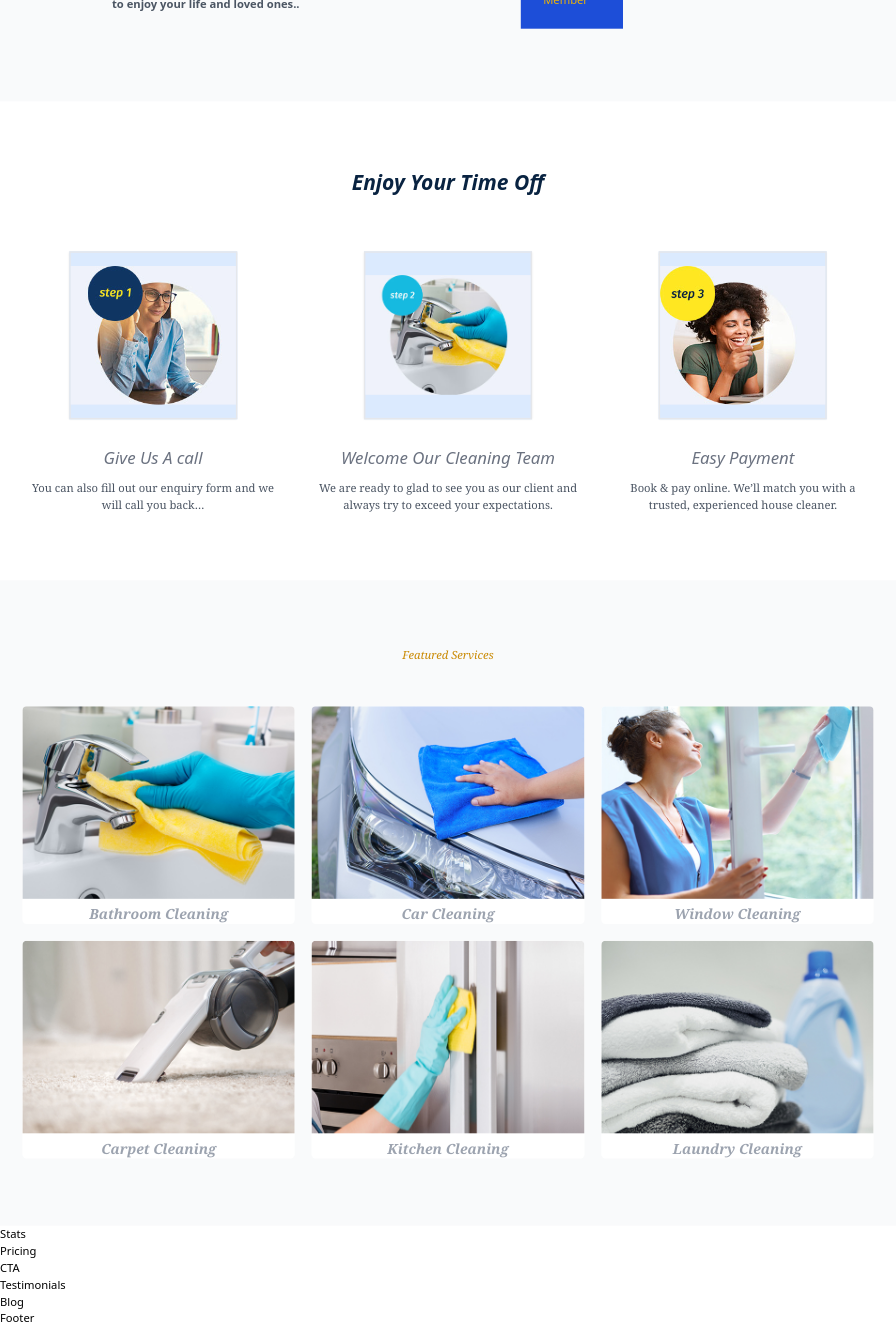
Repository: remydev47/cleonara
Page: /
These files come from the project's save history. The page is drawn as it stood at one moment and after the next save; the edit follows.
The browser window is 1280 px wide. The pictures show the part of the page from y = 1970 to 3890 px (the page is 3865 px tall before and 3890 px after), at 70% of full size.
The project was rebuilt for these pictures with package versions that can differ from the ones it lists, and the page was loaded fresh each time. The framework's server and built-in components were replaced by stand-ins that run in the browser. Also part of the build but not shown: next.config.js.

Above is the page before, as saved 2022-11-01 13:27:51.

### pages/_app.tsx
import '../styles/globals.css'
import type { AppProps } from 'next/app'
import Header from '../components/Header'

function MyApp({ Component, pageProps }: AppProps) {
  return(
    <>
      <Header />
      <Component {...pageProps} />
    </>

  )
}

export default MyApp

### pages/index.tsx
import type { NextPage } from 'next'
import Head from 'next/head'
import Image from 'next/image'
import { AboutUs, CTA, Hero, Offers, Pricing, Services, Blog, Stats, Steps, Testimonials, Footer } from '../components'

const Home: NextPage = () => {
  return (
    <div className="">
      <Head>
        <title>CLEONARA</title>
        <link rel="icon" href="/favicon.ico" />
      </Head>
      <Hero/>
      <Offers />
      <AboutUs />
      <Steps />
      <Services />
      <Stats />
      <Pricing />
      <CTA />
      <Testimonials />
      <Blog />
      <Footer />
    </div>
  )
}

export default Home

### components/Header.tsx
import React from 'react';
import { navLinks } from '../constants';
import Menupopover from './Menupopover';
import Image from 'next/image';
import Logo from './Logo';
import { Button } from './Button';

const Header = () => {
  return (
    <header className="fixed inset-x-0 bg-[#092341] z-20 flex justify-between items-center py-2 px-2 shadow-lg dark:bg-slate-900 sm:py-3 sm:px-8">
            <div className='flex grow-0 basis-1/3 md:hidden'>
                <Menupopover />
            </div>

             <div className='flex grow-0 ml-2 justify-center md:justify-start'>
                <Logo />

            </div>


            <ul className="list-none sm:flex hidden justify-center items-center flex-1">
            {navLinks.map((nav, index) => (
                <li
                key={nav.id}
                className={`font-bold cursor-pointer text-[16px] hover:text-blue-400
                   ${index === navLinks.length - 1 ? 'mr-0' : 'mr-10'}
                  text-white `}
                >
                    <a>{nav.title}</a>
                </li>
            ))}
           </ul>

          <div className='sm:flex hidden'>
            <Button variant='solid'>
              GET A QUOTE!
            </Button>
          </div>

        </header>
  )
}

export default Header

### components/index.ts
import Hero from "./Hero";
import Offers from "./Offers";
import AboutUs from "./AboutUs";
import Steps from "./Steps";
import Services from "./Services";
import Stats from "./Stats";
import Pricing from "./Pricing";
import CTA from "./CTA";
import Testimonials from "./Testimonials";
import Blog from "./Blog";
import Footer from "./Footer";

export {
    Hero, Offers, AboutUs, Steps, Services, Stats, Pricing, CTA, Testimonials, Blog, Footer
}

### constants/index.ts
export const navLinks=[
    {
        id:"home",
        title:"Home",
    },
    {
        id:"services",
        title:"Services",
    },
    {
        id:"AboutUs",
        title:"AboutUs",
    },
    {
        id:"pricing",
        title:"Pricing",
    },
    {
        id:"blog",
        title:"Blog",
    },
    {
        id:"reviews",
        title:"Reviews",
    },
    {
        id:"contacts",
        title:"Contacts",
    },
]

### components/Menupopover.tsx
import React, {useState, Fragment} from 'react';
import { navLinks } from '../constants';
import { IconButton, Button } from './Button';
import { Transition, Dialog } from '@headlessui/react';
import Logo from './Logo';
import Image from 'next/image';

const Menupopover = () => {
  const [isOpen, setIsOpen] = useState(false)

  return (
    <div>
    <IconButton
      variant='ghost'
      aria-label='menu'
      onClick={() => setIsOpen(!isOpen)}
    >
      <svg className='h-6 w-6 ' fill='none' stroke='currentColor'>
        <path
          strokeLinecap='round'
          strokeLinejoin='round'
          strokeWidth={2}
          d='M4 6h16M4 12h16M4 18h16'
        />
      </svg>
    </IconButton>
    <Transition
      show={isOpen}
      appear
      as={Fragment}
      enter='transform transition ease-in-out duration-300'
      enterFrom='-translate-x-full'
      enterTo='translate-x-0'
      leave='transform transition ease-in-out duration-300 delay-200'
      leaveFrom='translate-x-0'
      leaveTo='-translate-x-full'
     >
     <Dialog
       as='div'
       className={`fixed inset-0 z-50`}
       onClose={setIsOpen}
       open={isOpen}
       >
       <Transition.Child
         as={Fragment}
         enter='ease-out duration-300 delay-300'
         enterFrom='opacity-0'
         enterTo='opacity-100'
         leave='ease-in duration-200'
         leaveFrom='opacity-100'
         leaveTo='opacity-0'
       >

        <Dialog.Overlay
          className={`fixed inset-0 bg-black/20 backdrop-blur-sm dark:bg-gray-900/80`}
         />
      </Transition.Child>
       <div className={styles.dialogcontainer}>
        <a className='mx-auto mt-4 flex w-[140px] '>
          <Logo />
        </a>
        <ul
            className={styles.navWrapper2}
         >
            {navLinks.map((nav, index) => (
                <li
                 key={nav.id}
                 className={` font-bold cursor-pointer text-[16px]
                  mt-2 border-t border-slate-200 py-4 dark:border-slate-600
                  ${index === navLinks.length - 1 ? 'mr-0' : 'mb-4'}
                  text-white `}
                >
                 <a href={`#${nav.id}`}>
                    {nav.title}
                 </a>
                </li>
             ))}
         </ul>

        <IconButton
          variant='ghost'
          aria-label='close menu'
          className='absolute top-5 right-5'
          onClick={() => setIsOpen(false)}
        >
          <svg
            viewBox='0 0 10 10'
            className='h-2.5 w-2.5 overflow-visible'
            aria-hidden='true'
          >
            <path
                d='M0 0L10 10M10 0L0 10'
                fill='none'
                stroke='currentColor'
                strokeWidth='2'
                strokeLinecap='round'
              />
          </svg>
        </IconButton>
       </div>
     </Dialog>
    </Transition>
  </div>
  )
}

export default Menupopover;

const styles ={
  dialogcontainer:`fixed top-0 bottom-0 left-0 w-full max-w-xs rounded-r-xl bg-[#092341] p-6 shadow-lg dark:bg-gray-800`,
  menuitems:`group relative flex h-9 items-center oveflow-hidden rounded-md hover:bg-slate-200/50`,
  navWrapper2:`list-none flex flex-col justify-end items-center flex-1`,
}

### components/Logo.tsx
import React from 'react'
import Image from 'next/image'

const Logo = () => {
  return (
    <div>
        <Image
          src='/images/logo.png'
          alt='Cleonara'
          height={80}
          width={150}
        />
    </div>
  )
}

export default Logo

### components/Button/index.tsx
import React, { forwardRef } from "react";
//import { __DEV__ } from "../../utils/assertions";

type BaseButtonProps = Omit<React.HTMLProps<HTMLButtonElement>, "size">;

/* === Button Element === */

export interface ButtonProps extends BaseButtonProps {
  children: React.ReactNode;
  fullWidth?: boolean;
  className?: string;
  variant?: "solid" | "outline" | "ghost";
  size?: "sm" | "md" | "lg";
  as?: string;
  isExternal?: boolean;
  type?: "button" | "submit" | "reset";
}

export const Button = forwardRef<HTMLButtonElement, ButtonProps>(
  (
    {
      children,
      variant = "solid",
      size = "md",
      fullWidth = false,
      className,
      as = "button",
      isExternal = false,
      ...rest
    },
    ref
  ) => {
    let tempClassNames: string[] = [];

    const sharedClasses = [
      "capitalize",
      "focus:outline-none",
      "focus:ring-2",
      "focus:ring-indigo-400",
      "focus:ring-offset-2",
      "focus:ring-offset-indigo-50",
      "font-semibold",
      "rounded-full",
      "inline-flex",
      "flex-shrink-0",
      "items-center",
      "justify-center",
      "transition-colors",
      "ease-in-out",
      "duration-500",
    ];

    if (fullWidth) sharedClasses.push("w-full");

    // handle variants
    let btnSolid = ["bg-indigo-600", "hover:bg-indigo-700", "text-white"];
    let btnOutline = [
      "dark:text-white",
      "hover:text-indigo-700",
      "hover:dark:text-indigo-700",
      "bg-transparent",
      "hover:bg-indigo-50",
      "border",
      "border-indigo-600",
    ];
    let btnGhost = [
      "bg-transparent",
      "dark:text-white",
      "hover:bg-indigo-50",
      "hover:text-indigo-700",
      "hover:dark:text-indigo-700",
    ];

    if (variant === "solid") {
      tempClassNames = [...sharedClasses, ...btnSolid];
    } else if (variant === "outline") {
      tempClassNames = [...sharedClasses, ...btnOutline];
    } else if (variant === "ghost") {
      tempClassNames = [...sharedClasses, ...btnGhost];
    }

    // handle sizes
    let sizeSm = ["h-8", "px-2", "text-sm"];
    let sizeMd = ["h-10", "px-3"];
    let sizeLg = ["h-12", "px-4", "text-lg"];

    if (size === "sm") {
      tempClassNames = [...tempClassNames, ...sizeSm];
    } else if (size === "md") {
      tempClassNames = [...tempClassNames, ...sizeMd];
    } else if (size === "lg") {
      tempClassNames = [...tempClassNames, ...sizeLg];
    }

    let classes = tempClassNames.join(" ");

    let Element = as ? (
      React.createElement(
        as,
        {
          className: `${classes} ${className}`,
          target: isExternal ? "_blank" : undefined,
          rel: isExternal ? "noopener noreferrer" : undefined,
          ref,
          ...rest,
        },
        children
      )
    ) : (
      <button {...rest} className={`${classes} ${className}`} ref={ref}>
        {children}
      </button>
    );

    return Element;
  }
);

// if (__DEV__) {
//   Button.displayName = "Button";
// }

/* === IconButton Element === */

export interface IconButtonProps extends ButtonProps {
  icon?: React.ReactElement;
  "aria-label": string;
}

export const IconButton = forwardRef<HTMLButtonElement, IconButtonProps>(
  (
    {
      children,
      icon,
      className,
      "aria-label": ariaLabel,
      size = "md",
      ...rest
    },
    ref
  ) => {
    let sharedClasses = ["rounded-full", "!px-0"];

    // handle sizes
    let sizeSm = ["w-8"];
    let sizeMd = ["w-10"];
    let sizeLg = ["w-12"];

    if (size === "sm") {
      sharedClasses = [...sharedClasses, ...sizeSm];
    } else if (size === "md") {
      sharedClasses = [...sharedClasses, ...sizeMd];
    } else if (size === "lg") {
      sharedClasses = [...sharedClasses, ...sizeLg];
    }

    /**
     * Passing the icon as prop or children should work
     */
    const element = icon || children;
    const _children = React.isValidElement(element)
      ? React.cloneElement(element as any, {
          "aria-hidden": true,
          focusable: false,
        })
      : null;

    let classes = sharedClasses.join(" ");
    return (
      <Button
        className={`${classes} ${className}`}
        aria-label={ariaLabel}
        size={size}
        {...rest}
        ref={ref}
      >
        {_children}
      </Button>
    );
  }
)

### components/Hero.tsx
import React from 'react'

const Hero = () => {
  return (
    <section className='relative pt-48 pb-12 xl:pt-60 sm:pb-16 lg:pb-32 xl:pb-48 2xl:pb-56'>
    <div className="absolute inset-0">
     <img className="object-cover w-full h-full" src="/images/7.jpg" alt="" />
    </div>
   <div className='relative'>
    <div className="px-6 mx-auto sm:px-8 lg:px-12 max-w-7xl">
      <div className="w-full lg:w-2/3 xl:w-1/2">
        <h1 className="font-serif text-xl font-bold tracking-tight text-white text-opacity-70 text-center">Proffesional Cleaning Services</h1>
        <p className="mt-6 tracking-tighter text-[#656b72]">
          <span className="font-sans font-bold text-6xl">BEST CLEANING </span><br />
          <span className="font-serif italic font-BOLD text-7xl">SERVICES IN TOWN</span>
        </p>
        <p className="mt-8 font-erif text-xl font-normal text-[#656b72]">
         Our professional and experienced cleaning staff does the job right the first time are Carefully selected Give them a deep.
        </p>
      </div>
    </div>
   </div>
  </section>
  )
}

export default Hero

### components/Offers.tsx
import React from 'react'
import { Button } from './Button'

const Offers = () => {
  return (
    <section className="bg-[#fff] sm:py-16 lg:py-24">
    <div className="px-4 mx-auto max-w-7xl sm:px-6 lg:px-8">
    <div className="max-w-2xl mx-auto text-center">
      <h2 className="text-xl italic font-semibold leading-tight text-black  lg:text-2xl">What We Offer</h2>
    </div>

    <div className="grid max-w-md grid-cols-1 gap-6 mx-auto mt-8 text-center lg:max-w-full lg:mt-16 lg:grid-cols-3">

        <div className="overflow-hidden bg-[#092341] shadow-xl border-gray-300 rounded-md">
          <div className="p-8 xl:px-12 flex flex-col items-center justify-center">
             <div className='flex flex-col'>
               <h1 className='text-3xl font-semibold text-white'>Opening</h1>
               <span className='italic text-2xl text-blue-400'>HOURS</span>
             </div>
             <h2 className='font-bold text-xl italic text-white text-center mt-2'>
               We are Open
             </h2>
             <p className='text-xl text-white text-center font-bold'>
               MON-FRI: 08:00-17:00
             </p>
             <p className='text-xl text-white text-center font-bold'>
               SAT-SUN: 10:00-17:00
             </p>
          </div>
        </div>

        <div className="overflow-hidden bg-blue-600 shadow-xl border-gray-300 rounded-md">
          <div className="p-8 xl:px-12 flex flex-col items-center justify-center">
             <div className='flex flex-col'>
               <h1 className='text-3xl font-semibold text-white'>Commercial</h1>
               <span className='italic text-2xl text-yellow-400'>Service</span>
             </div>
             <h2 className='font-bold text-xl italic text-white text-center mt-2'>
                Contact The Cleaning Authority and we’ll do the cleaning for you!
             </h2>
             <p>
              <Button variant='outline'>
                READ MORE!
              </Button>
             </p>
          </div>
        </div>


        <div className="overflow-hidden bg-[#0693e3] shadow-xl border-gray-300 rounded-md">
          <div className="p-8 xl:px-12 flex flex-col items-center justify-center">
             <div className='flex flex-col'>
               <h1 className='text-3xl font-semibold text-white'>Residential</h1>
               <span className='italic text-2xl text-yellow-400'>Services</span>
             </div>
             <h2 className='font-bold text-xl italic text-white text-center mt-2'>
               Invest in your free time with our services. Get started with an in-home estimate!
             </h2>
             <p>
              <Button variant='outline'>
                READ MORE!
              </Button>
             </p>
          </div>
        </div>

        <div className="overflow-hidden bg-yellow-400 shadow-xl border-gray-300 rounded-md">
          <div className="p-8 xl:px-12 flex flex-col items-center justify-center">
             <div className='flex flex-col'>
               <h1 className='text-3xl font-semibold text-[#092341]'>Special</h1>
               <span className='italic text-2xl text-gray-600'>Service</span>
             </div>
             <h2 className='font-bold text-xl italic text-[#0f3664] text-center mt-2'>
              We perform ongoing inspections to ensure every clean is up to our standards.
             </h2>
             <p>
              <Button variant='outline'>
                READ MORE!
              </Button>
             </p>
          </div>
        </div>

    </div>
</div>
</section>
  )
}

export default Offers

### components/AboutUs.tsx
import React from 'react'

const AboutUs = () => {
  return (
    <section className="py-6 bg-gray-50 sm:py-16 lg:py-24">
    <div className="max-w-5xl px-4 mx-auto sm:px-6 lg:px-8">
        <div className="grid items-center grid-cols-1 gap-y-6 md:grid-cols-2 md:gap-x-20">
            <div className="">
                <h1 className='text-3xl italic text-blue-800/70 text-center'>WELCOME TO OUR CLEANING AGENCY</h1>
                <h2 className="text-4xl font-bold leading-tight text-black sm:text-4xl lg:text-4xl">Cleaning Services We Provide.</h2>
                <p className="mt-4 text-base leading-relaxed text-gray-600 font-semibold">
                 Our home cleaning services are designed to give you the peace of mind you deserve and the time you need to enjoy your life and loved ones..
                </p>
            </div>

            <div className=" pl-20 pr-6 sm:pl-6 md:px-0">
                <div className="relative w-full max-w-xs mt-4 mb-10 ml-auto">
                 <img className="relative -top-4 -left-4" src="/images/Cleaning.jpg" alt="" />



                    <div className="absolute -bottom-10 -left-16 m-2">


                          <div className="px-8 py-8 bg-blue-700">
                               <span className="block text-4xl font-bold text-yellow-500 lg:text-5xl"> 50+ </span>
                                <span className="block mt-2 text-base leading-tight text-yellow-500"> Team<br />Member</span>
                            </div>
                    </div>
                </div>
            </div>
        </div>
    </div>
</section>
  )
}

export default AboutUs

### components/Steps.tsx
import React from 'react'

const Steps = () => {
  return (
    <section className="py-10  bg-white sm:py-16 lg:py-24">
    <div className="px-4 mx-auto max-w-7xl sm:px-6 lg:px-8">
        <div className="max-w-2xl mx-auto text-center">
            <h2 className="text-3xl italic font-semibold leading-tight text-[#092341]">Enjoy Your Time Off</h2>

        </div>

        <div className="relative mt-12 lg:mt-20">


            <div className="relative grid grid-cols-1 text-center gap-y-12 md:grid-cols-3 gap-x-12">
                <div>
                    <div className="flex items-center justify-center w-60 h-60 mx-auto bg-blue-100 border-2 border-gray-200 shadow">
                        <span className="text-xl font-semibold text-gray-700">
                            <img src='/images/step-1.jpg' className='h-full w-full ' />
                        </span>
                    </div>
                    <h3 className="mt-6 text-2xl italic leading-tight text-gray-500 md:mt-10">Give Us A call</h3>
                    <p className="mt-4 font-serif text-base text-gray-600">You can also fill out our enquiry form and we will call you back…</p>
                </div>

                <div>
                    <div className="flex items-center justify-center w-60 h-60 mx-auto bg-blue-100 border-2 border-gray-200 shadow">
                        <span className="text-xl font-semibold text-gray-700">
                          <img src='/images/step-2.jpg' className='h-full w-full ' />
                        </span>
                    </div>
                    <h3 className="mt-6 text-2xl italic leading-tight text-gray-500 md:mt-10">Welcome Our Cleaning Team</h3>
                    <p className="mt-4 font-serif text-base text-gray-600">We are ready to glad to see you as our client and always try to exceed your expectations.</p>
                </div>

                <div>
                    <div className="flex items-center justify-center w-60 h-60 mx-auto bg-blue-100 border-2 border-gray-200 shadow">
                        <span className="text-xl font-semibold text-gray-700">
                        <img src='/images/step-3.jpg' className='h-full w-full ' />
                        </span>
                    </div>
                    <h3 className="mt-6 text-2xl italic leading-tight text-gray-500 md:mt-10">Easy Payment</h3>
                    <p className="mt-4 font-serif text-base text-gray-600">Book & pay online. We’ll match you with a trusted, experienced house cleaner.</p>
                </div>

            </div>
        </div>
    </div>
 </section>
  )
}

export default Steps

### components/Services.tsx
import React from 'react'

const services=[
  {
    image:'/images/1.jpg',
    title:'Bathroom Cleaning',
    description:'',
  },
  {
    image:'/images/2.jpg',
    title:'Car Cleaning',
    description:'',
  },
  {
    image:'/images/3.jpg',
    title:'Window Cleaning',
    description:'',
  },
  {
    image:'/images/4.jpg',
    title:'Carpet Cleaning',
    description:'',
  },
  {
    image:'/images/5.jpg',
    title:'Kitchen Cleaning',
    description:'',
  },
  {
    image:'/images/6.jpg',
    title:'Laundry Cleaning',
    description:'',
  },
]

const Services = () => {
  return (
    <section className="bg-gray-50 sm:py-16 lg:py-24">

    <div className="px-4 mx-auto max-w-7xl sm:px-6 lg:px-8">
     <div className="max-w-2xl mx-auto text-center">
      <h2 className="italic font-serif leading-tight text-yellow-600">Featured Services</h2>
     </div>

     <div className="grid max-w-md grid-cols-1 gap-6 mx-auto mt-8 text-center lg:max-w-full lg:mt-16 lg:grid-cols-3">
      {services.map((item, i) => (
     <div className="overflow-hidden bg-white border-gray-300 rounded-md">
          <div className="flex flex-col items-center justify-center">

              <img
               src={item.image}
               className="w-full"
             />

             <h2 className='font-bold font-serif text-xl text-gray-400 italic text-center mt-2'>
               {item.title}
             </h2>
             <p className='text-xl font-serif text-gray-300 text-center '>
              {item.description}
             </p>
          </div>
     </div>
     ))}
    </div>
</div>
</section>
  )
}

export default Services

Loaded but not shown: styles/globals.css (common file); components/Stats.tsx (common file); components/Pricing.tsx (common file); components/CTA.tsx (common file); components/Testimonials.tsx (common file); components/Blog.tsx (common file); components/Footer.tsx (common file); tailwind.config.js (common file)

After the next save:
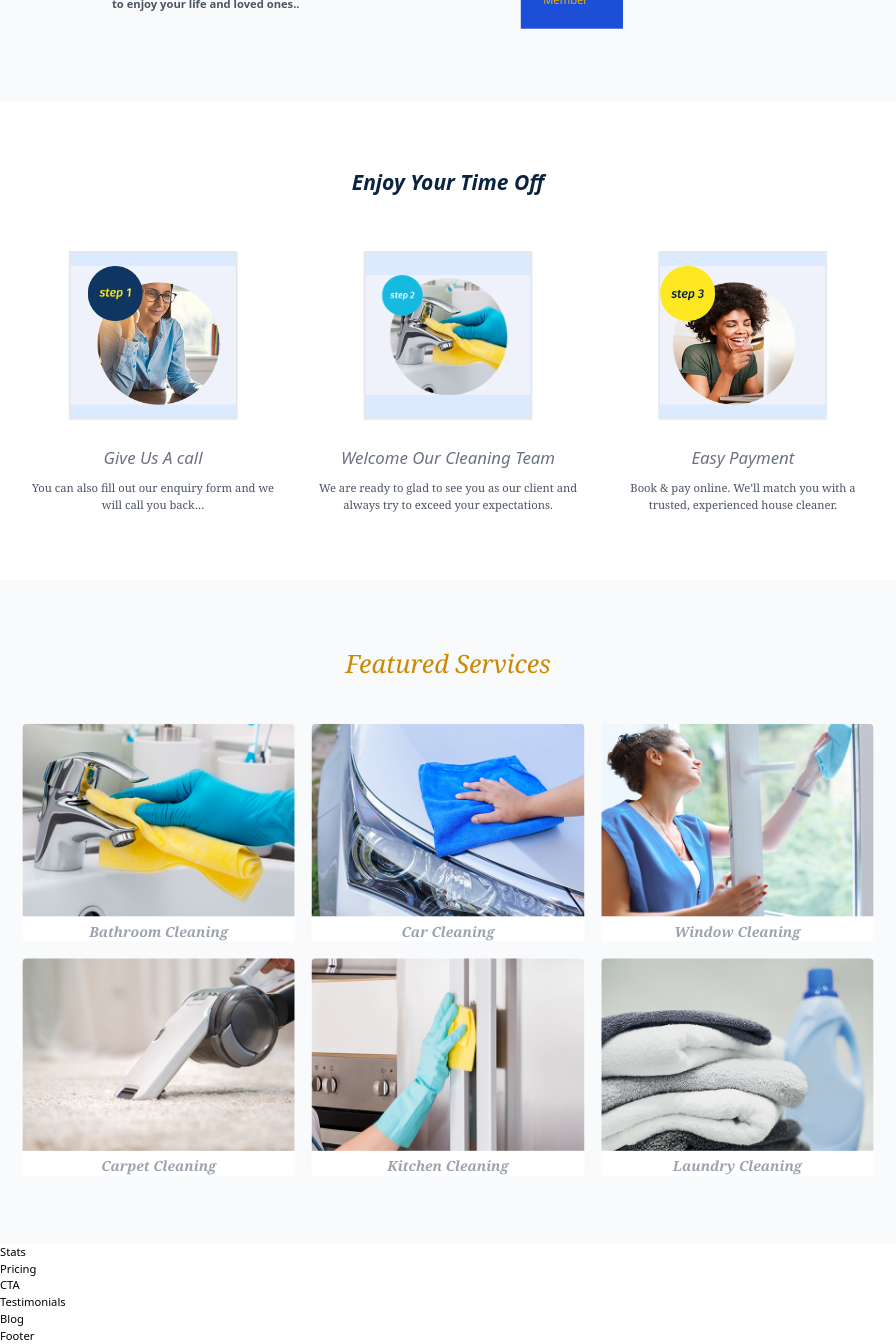
Saved 37 s later.
--- a/components/Services.tsx
+++ b/components/Services.tsx
@@ -39,7 +39,7 @@ const Services = () => {
 
     <div className="px-4 mx-auto max-w-7xl sm:px-6 lg:px-8">
      <div className="max-w-2xl mx-auto text-center">
-      <h2 className="italic font-serif leading-tight text-yellow-600">Featured Services</h2>
+      <h2 className="italic font-serif text-4xl leading-tight text-yellow-600">Featured Services</h2>
      </div>
 
      <div className="grid max-w-md grid-cols-1 gap-6 mx-auto mt-8 text-center lg:max-w-full lg:mt-16 lg:grid-cols-3">
